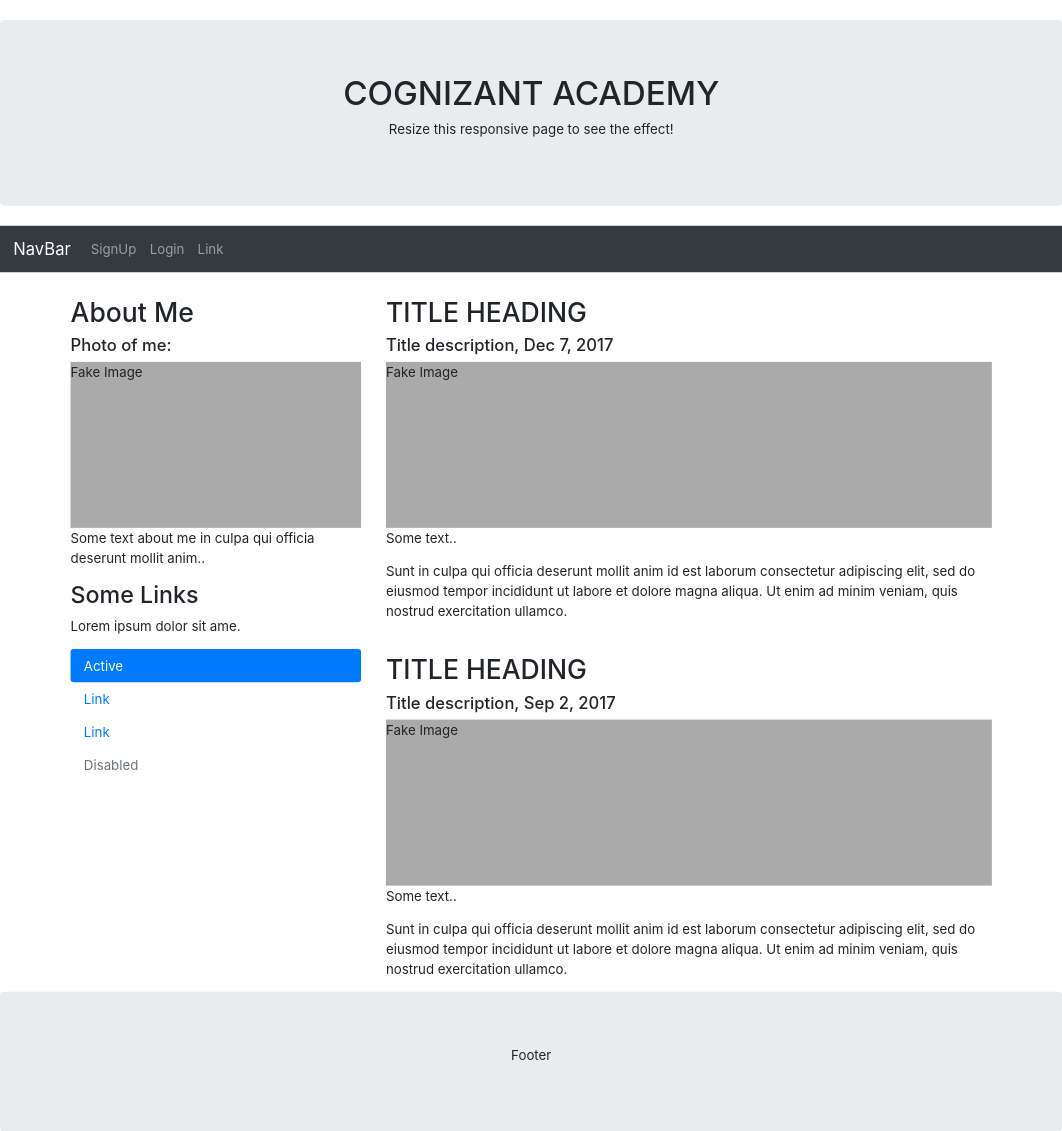
Repository: Ushaswee/cognizant1
Page: BootstrapPro/WebContent/Bootstrap/BsTemplate.html
These files come from the project's save history. The page is drawn as it stood at one moment and after the next save; the edit follows.
The browser window is 1280 px wide. The pictures show the whole page, at 83% of full size.

Above is the page before, as saved 2020-01-18 11:39:18.

After the next save:
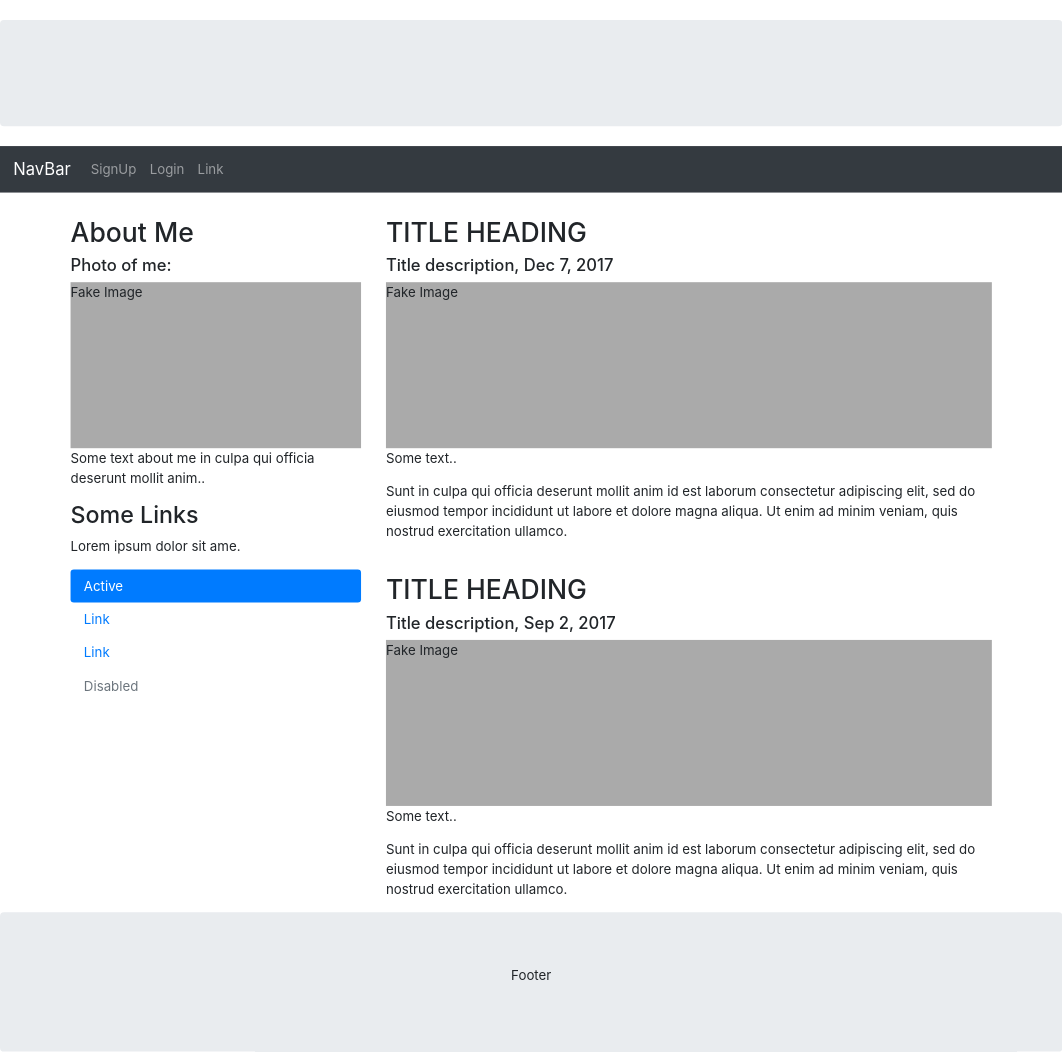
Saved 25 s later.
--- a/BootstrapPro/WebContent/Bootstrap/BsTemplate.html
+++ b/BootstrapPro/WebContent/Bootstrap/BsTemplate.html
@@ -20,9 +20,9 @@
 <div class="jumbotron text-center" style="margin-bottom:0">
 <style>
 background="blue";
-</style>
   <h1>COGNIZANT ACADEMY</h1>
   <p>Resize this responsive page to see the effect!</p>
+  </style>
 </div>
 ​
 <nav class="navbar navbar-expand-sm bg-dark navbar-dark">

After the 3 saves that followed:
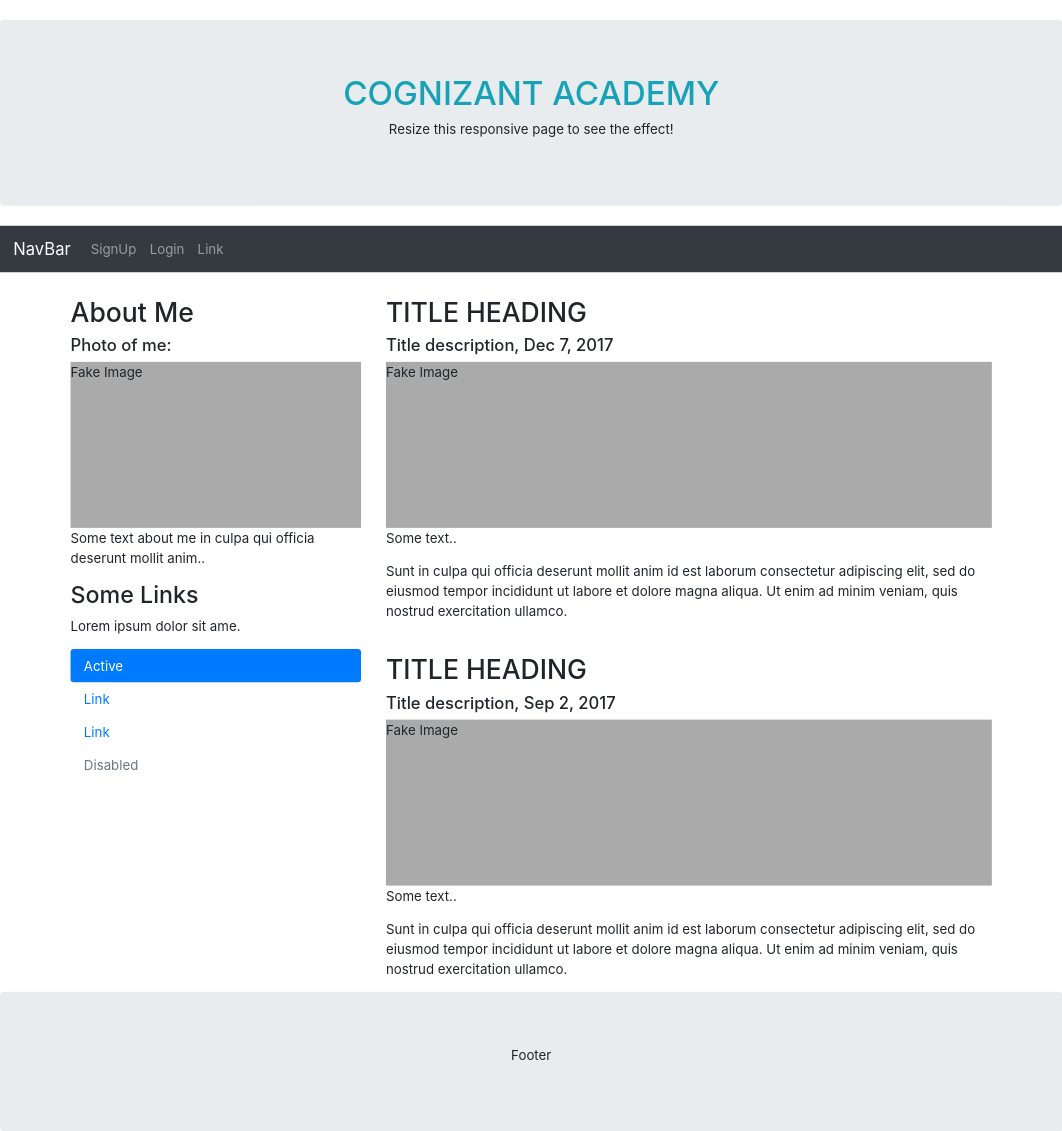
The 3 saves are shown as one change because 2 left the picture as it was.
The last was saved 3 min 2 s later.
--- a/BootstrapPro/WebContent/Bootstrap/BsTemplate.html
+++ b/BootstrapPro/WebContent/Bootstrap/BsTemplate.html
@@ -18,11 +18,8 @@
 <body>
 ​
 <div class="jumbotron text-center" style="margin-bottom:0">
-<style>
-background="blue";
-  <h1>COGNIZANT ACADEMY</h1>
+  <h1 class="text-info">COGNIZANT ACADEMY </h1>
   <p>Resize this responsive page to see the effect!</p>
-  </style>
 </div>
 ​
 <nav class="navbar navbar-expand-sm bg-dark navbar-dark">
